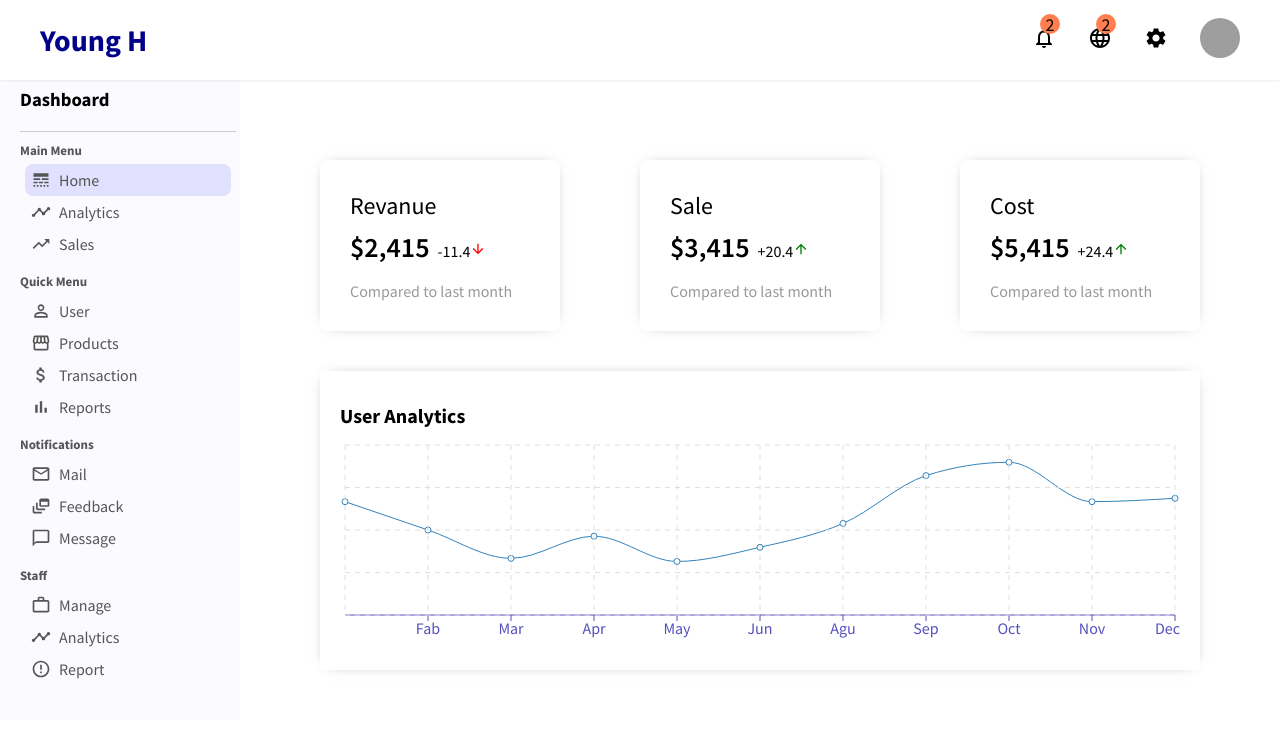
Repository: noname20011/admin
Page: /
The author's editor kept a copy of each file at every save. The page is drawn from the files as they stood at one save, then again after the next save.
The browser window is 1280 px wide. The pictures show the whole page.
Pictures or frames that could not be fetched are drawn as grey boxes. The project was rebuilt for these pictures with package versions that can differ from the ones it lists, and the page was loaded fresh each time.

Above is the page before, as saved 2021-11-13 11:49:35.

### public/index.html
<!DOCTYPE html>
<html lang="en">
  <head>
    <meta charset="utf-8" />
    <link rel="icon" href="%PUBLIC_URL%/favicon.ico" />
    <meta name="viewport" content="width=device-width, initial-scale=1" />
    <meta name="theme-color" content="#000000" />
    <meta
      name="description"
      content="Web site created using create-react-app"
    />
    <!-- GOOGLE FONTS -->
    <link href="https://fonts.googleapis.com/css2?family=Source+Sans+Pro:wght@200;300;400;600;700;900&display=swap" rel="stylesheet">
    <style>
      * {
        font-family: 'Source Sans Pro', sans-serif;
        padding: 0;
        margin: 0;
      }
    </style>
    <title>React Admin App</title>
  </head>
  <body>
    <div id="root"></div>
  </body>
</html>

### src/App.js
import Topbar from "./comopnents/topbar/Topbar";
import Sidebar from "./comopnents/sidebar/Sidebar";
import Home from "./pages/home/Home.jsx"
import './app.css'
function App() {
  return (
    <div>
      <Topbar/>
      <div className="container">
        <Sidebar/>
        <Home/>
      </div>
    </div>
  );
}

export default App;

### src/comopnents/topbar/Topbar.jsx
import React from 'react'
import './topbar.css'

import { Language, NotificationsNone, Settings  } from '@material-ui/icons'

export default function Topbar() {
    return (
        <div className="topbar">
            <div className="topbarWrapper">
                <div className="topLeft">
                    <div className="logo">Young H</div>
                </div>
                <div className="topRight">
                    <div className="topbarIconContainer">
                        <NotificationsNone/>
                        <div className="topIconsBadge">2</div>
                    </div>
                    <div className="topbarIconContainer">
                        <Language/>
                        <div className="topIconsBadge">2</div>
                    </div>
                    <div className="topbarIconContainer">
                        <Settings/>
                    </div>
                    <div>
                        <img src="https://images.pexels.com/photos/1526814/pexels-photo-1526814.jpeg?auto=compress&cs=tinysrgb&dpr=2&w=500" alt="admin" className="topAvatar"/>
                    </div>
                </div>
            </div>
        </div>
    )
}

### src/comopnents/sidebar/Sidebar.jsx
import { AttachMoney, BarChart, ChatBubbleOutline, DynamicFeed, ErrorOutline, LineStyle, MailOutlined, PersonOutline, Storefront, Timeline, TrendingUp,  WorkOutlineOutlined } from '@material-ui/icons'
import React from 'react'
import "./sidebar.css"
export default function Sidebar() {
    return (
        <div className="sidebar">
            <div className="sidebarWrapper">
                <h3 className="sidebarTitle">Dashboard</h3>
                <div className="sidebarMenu">
                    <h4 className="sidebarMenuTitle">Main Menu</h4>
                    <ul className="sidebarLists">
                        <li className="sidebarListItem active">
                            <LineStyle className="sidebarIcon"/>
                            Home
                        </li>
                        <li className="sidebarListItem">
                            <Timeline className="sidebarIcon"/>
                            Analytics
                        </li>
                        <li className="sidebarListItem">
                            <TrendingUp className="sidebarIcon"/>
                            Sales
                        </li>
                    </ul>
                </div>
                <div className="sidebarMenu">
                    <h4 className="sidebarMenuTitle">Quick Menu</h4>
                    <ul className="sidebarLists">
                        <li className="sidebarListItem">
                            <PersonOutline className="sidebarIcon"/>
                            User
                        </li>
                        <li className="sidebarListItem">
                            <Storefront className="sidebarIcon"/>
                            Products
                        </li>
                        <li className="sidebarListItem">
                            <AttachMoney className="sidebarIcon"/>
                            Transaction
                        </li>
                        <li className="sidebarListItem">
                            <BarChart className="sidebarIcon"/>
                            Reports
                        </li>
                    </ul>
                </div>
                <div className="sidebarMenu">
                    <h4 className="sidebarMenuTitle">Notifications</h4>
                    <ul className="sidebarLists">
                        <li className="sidebarListItem">
                            <MailOutlined className="sidebarIcon"/>
                            Mail
                        </li>
                        <li className="sidebarListItem">
                            <DynamicFeed className="sidebarIcon"/>
                            Feedback
                        </li>
                        <li className="sidebarListItem">
                            <ChatBubbleOutline className="sidebarIcon"/>
                            Message
                        </li>
                    </ul>
                </div>
                <div className="sidebarMenu">
                    <h4 className="sidebarMenuTitle">Staff</h4>
                    <ul className="sidebarLists">
                        <li className="sidebarListItem">
                            <WorkOutlineOutlined className="sidebarIcon"/>
                            Manage
                        </li>
                        <li className="sidebarListItem">
                            <Timeline className="sidebarIcon"/>
                            Analytics
                        </li>
                        <li className="sidebarListItem">
                            <ErrorOutline className="sidebarIcon"/>
                            Report
                        </li>
                    </ul>
                </div>
            </div>
        </div>
    )
}

### src/pages/home/Home.jsx
import "./home.css"
import Feature from "../../comopnents/featureInfo/Feature"
import Chart from "../../comopnents/chart/Chart"
import {userData} from "../../dummyData"
export default function Home() {
    return (
        <div className="home">
            <Feature/>
            <Chart data={userData} title="User Analytics" grid dataKey="Active User"/>
        </div>
    )
}

### src/app.css
ul, li {
    list-style: none;
}

a {
    text-decoration: none;
}

.container {
    display: flex;
}

.other {
    flex: 4;
}

### src/comopnents/topbar/topbar.css
.topbar {
    width: 100%;
    height: 80px;
    background: #fff;
    box-shadow: 0 .5px 2px rgba(0, 0, 0, 0.07);

    position: sticky;
    top: 0;
    z-index: 1000;
}

.topbarWrapper {
    height: 100%;
    padding: 0 40px;
    display: flex;
    justify-content: space-between;
    align-items: center;
}

.logo {
    font-weight: bold;
    font-size: 30px;
    color: darkblue;
    cursor: pointer;
}

.topRight {
    display: flex;
    align-items: center;
    column-gap: 2rem;
}
.topbarIconContainer {
    position: relative;
    cursor: pointer;
}

.topIconsBadge {
    font-size: 18px;
    position: absolute;
    top: -12px;
    right: -4px;

    width: 20px;
    height: 20px;
    background-color: coral;
    border-radius: 50%;

    display: flex;
    place-content: center;
    place-items: center;
}

.topAvatar {
    width: 40px;
    height: 40px;
    object-fit: cover;
    border-radius: 50%;
    cursor: pointer;
}

### src/comopnents/sidebar/sidebar.css
.sidebar {
    flex: 1;
    background-color: rgb(251, 251, 255);
    position: sticky;
    top: 80px;
    height: calc(100vh - 80px);
}

.sidebarWrapper {
    padding: 8px 4px 0 20px;
}

.sidebarTitle {
    padding-bottom: 20px;
    margin-bottom: 10px;
    border-bottom: 1px solid #ccc;
}

.sidebarMenu {
    margin-bottom: 8px;
}

.sidebarMenuTitle {
    color: #555;
    font-size: 13px;
}

.sidebarLists {
    padding: 5px;
}

.sidebarListItem {
    display: flex;
    align-items: center;
    column-gap: .5rem;

    padding: 6px;
    color: #555;
    cursor: pointer;
    border-radius: .5rem;
}

.sidebarListItem.active,
.sidebarListItem:hover {
    background-color: rgb(225, 225, 255);
}

.sidebarIcon {
    font-size: 20px!important;
}

### src/pages/home/home.css
.home {
    flex: 4;
    margin: 60px 40px;
}

### src/comopnents/featureInfo/Feature.jsx
import { ArrowDownward, ArrowUpward } from '@material-ui/icons'
import "./feature.css"

export default function Feature() {
    return (
        <div className="featured">
            <div className="featuredItem">
                <span className="featuredTitle">Revanue</span>
                <div className="featuredMoneyContainer">
                    <span className="featuredMoney">$2,415</span>
                    <span className="featuredMoneyRate">-11.4
                        <ArrowDownward className="featuredIcon negative"/>
                    </span>
                </div>
                <span className="featuredSub">Compared to last month
                </span>
            </div>

            <div className="featuredItem">
                <span className="featuredTitle">Sale</span>
                <div className="featuredMoneyContainer">
                    <span className="featuredMoney">$3,415</span>
                    <span className="featuredMoneyRate">+20.4
                        <ArrowUpward className="featuredIcon "/>
                    </span>
                </div>
                <span className="featuredSub">Compared to last month
                </span>
            </div>

            <div className="featuredItem">
                <span className="featuredTitle">Cost</span>
                <div className="featuredMoneyContainer">
                    <span className="featuredMoney">$5,415</span>
                    <span className="featuredMoneyRate">+24.4
                        <ArrowUpward className="featuredIcon "/>
                    </span>
                </div>
                <span className="featuredSub">Compared to last month</span>
            </div>
        </div>
    )
}

### src/comopnents/chart/Chart.jsx
import "./chart.css"
import { LineChart, Line, XAxis, YAxis, CartesianGrid, Tooltip, Legend, ResponsiveContainer } from 'recharts';



export default function Chart({ title, data, dataKey, grid }) {

    return (
        <div className="chart">
            <h3 className="chartTitle">{title}</h3>
            <ResponsiveContainer width="100%" aspect={4 / 1}>
                <LineChart data={data}>
                    <XAxis dataKey="name" stroke="#5550bd"/>
                    <Line type="monotone" dataKey={dataKey}/>
                    <Tooltip />
                    {grid && <CartesianGrid stroke="#e0dfdf" strokeDasharray="5 5" />}
                </LineChart>
            </ResponsiveContainer>
        </div>
    )
}

### src/dummyData.js
export const userData = [
    {
        name: 'Jan',
        "Active User": 4000,
    },
    {
        name: 'Fab',
        "Active User": 3000,

    },
    {
        name: 'Mar',
        "Active User": 2000,

    },
    {
        name: 'Apr',
        "Active User": 2780,
    },
    {
        name: 'May',
        "Active User": 1890,
    },
    {
        name: 'Jun',
        "Active User": 2390,
    },
    {
        name: 'Agu',
        "Active User": 3230,
    },
    {
        name: 'Sep',
        "Active User": 4920,
    },
    {
        name: 'Oct',
        "Active User": 5390,
    },
    {
        name: 'Nov',
        "Active User": 4000,
    },
    {
        name: 'Dec',
        "Active User": 4120,
    },
    ];

### src/comopnents/featureInfo/feature.css
.featured {
    display: flex;
    justify-content: space-between;
    width: 100%;
}
.featuredItem {
    flex: 1;
    width: 30%;
    margin: 20px 40px;
    padding: 30px;
    border-radius: .4rem;
    cursor: pointer;
    -webkit-box-shadow: 0px 0px 15px -10px rgba(0, 0, 0, 0.75);
    box-shadow: 0px 0px 15px -10px rgba(0, 0, 0, 0.75);
}

.featuredTitle {
    font-size: 24px;
    margin-bottom: 8px;
    display: block;
}

.featuredMoneyContainer {
    margin: 6px 0 16px;
}

.featuredMoney {
    font-weight: 600;
    font-size: 28px;
}

.featuredMoneyRate {
    font-size: 16px;
    margin-left: 8px;
}

.featuredIcon {
    font-size: 16px!important;
    color: green;
}

.featuredIcon.negative {
    color: red;
}

.featuredSub {
    color: #999;
    font-size: 16px;
}

### src/comopnents/chart/chart.css
.chart {
    -webkit-box-shadow: 0px 0px 15px -10px rgba(0, 0, 0, 0.75);
    box-shadow: 0px 0px 15px -10px rgba(0, 0, 0, 0.75);
    margin: 20px 40px;
    padding: 20px;
}

.chartTitle {
    font-size: 20px;
    margin: 12px 0;
    display: block;
}

Loaded but not shown: src/index.js (common file)

After the next save:
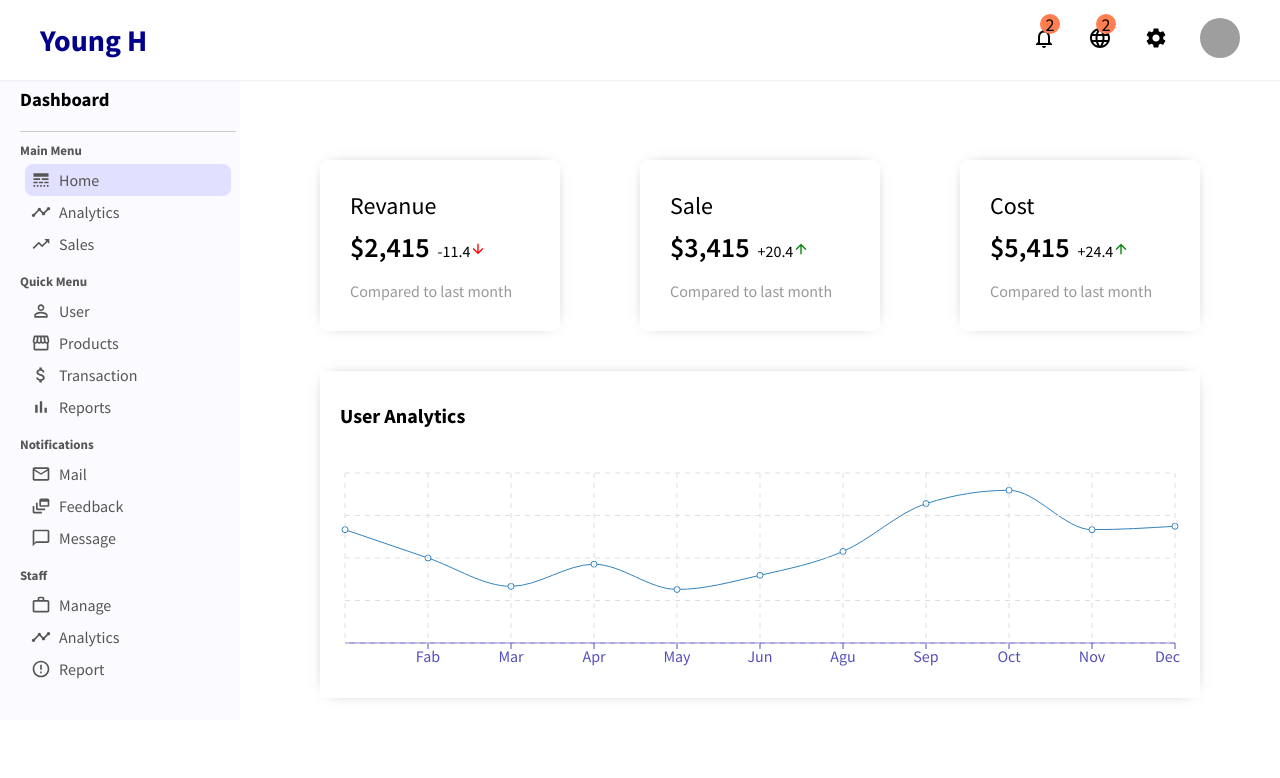
Saved 21 s later.
--- a/src/comopnents/chart/chart.css
+++ b/src/comopnents/chart/chart.css
@@ -7,6 +7,6 @@
 
 .chartTitle {
     font-size: 20px;
-    margin: 12px 0;
-    display: block;
+    margin: 12px 0 40px;
+
 }
